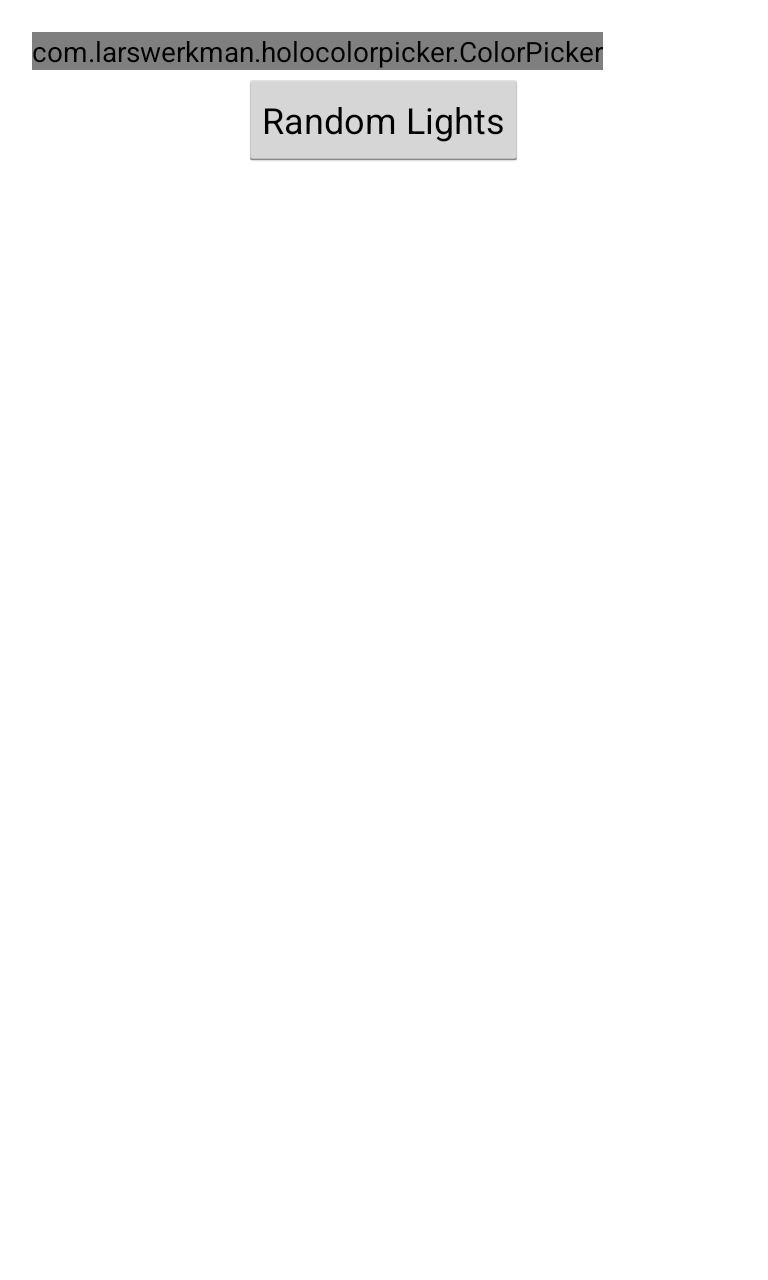
Repository: nsadras/huevision
Layout: android/HueVision/res/layout/activity_main.xml
The author's editor kept a copy of each file at every save. The layout is drawn from the files as they stood at one save, then again after the next save.
Pictures or frames that could not be fetched are drawn as grey boxes. It is drawn on a 768 x 1280 px phone screen (xhdpi) without system bars, with theme AppTheme; the app's code is not run.

Above is the layout before, as saved 2014-02-15 12:21:19.

### android/HueVision/res/layout/activity_main.xml
<RelativeLayout xmlns:android="http://schemas.android.com/apk/res/android"
    xmlns:tools="http://schemas.android.com/tools"
    android:layout_width="match_parent"
    android:layout_height="match_parent"
    android:paddingBottom="@dimen/activity_vertical_margin"
    android:paddingLeft="@dimen/activity_horizontal_margin"
    android:paddingRight="@dimen/activity_horizontal_margin"
    android:paddingTop="@dimen/activity_vertical_margin"
    tools:context=".PHMyApplicationActivity" >


    <com.larswerkman.holocolorpicker.ColorPicker
    	android:id="@+id/picker"
    	android:layout_width="wrap_content"
    	android:layout_height="wrap_content"/>

    <Button
        android:id="@+id/buttonRand"
        android:layout_width="wrap_content"
        android:layout_height="wrap_content"
        android:layout_below="@+id/textView1"
        android:layout_centerHorizontal="true"
        android:layout_marginTop="20dp"
        android:text="@string/btn_random" android:paddingLeft="10dp" android:paddingRight="10dp"/>

</RelativeLayout>

### android/HueVision/res/values/strings.xml
<?xml version="1.0" encoding="utf-8"?>
<resources>

    <string name="app_name">Hue QuickStart</string>
    <string name="action_settings">Settings</string>
    <string name="no_bridge">No Bridge Found.   Start Bridge Search</string>
    <string name="btn_refresh">Refresh</string>
    <string name="btn_find_bridge">Find new bridge</string>
    <string name="btn_random">Random Lights</string>
    <string name="search_progress">Searching ...</string>
    <string name="connecting">Connecting ...</string>
    <string name="btn_ok">Ok</string>
    <string name="btn_cancel">Cancel</string>
    <string name="txt_could_not_connect">No connection</string>
    <string name="txt_click_random_button">Click the Random Lights Button to set your lamps to random colours.</string>
    <string name="could_not_find_bridge">Hue cannot find your bridge. Please check that it is connected to the same Wi-Fi router as your app and press</string>
    <string name="btn_more">More</string>
    <string name="btn_reconnect">Reconnect</string>
    <string name="enter_light_name">Enter light name</string>
    <string name="txt_sdk_version">SDK Version</string>
    <string name="menu_find_bridge">Find new Bridge</string>
    <string name="menu_refresh">Refresh</string>
    <string name="btn_retry">Retry</string>
    <string name="searching_for_bridges">Searching for Bridges</string>
    <string name="txt_selectbridges">Available Access Points</string>
    <string name="txt_pushlink">Pushlink</string>
    <string name="press_pushlink_button">Press the link button on the bridge</string>
    <string name="txt_select_smartbridge">Please select a bridge to use for this app</string>
    <string name="title_error">Error</string>
    <string name="txt_last_heartbeat">Last Heartbeat : </string>
</resources>

Loaded but not shown: android/HueVision/res/values/styles.xml (common file); android/HueVision/res/values-v11/styles.xml (common file); android/HueVision/res/values-v14/styles.xml (common file); android/HueVision/res/values/dimens.xml (common file)

After the next save:
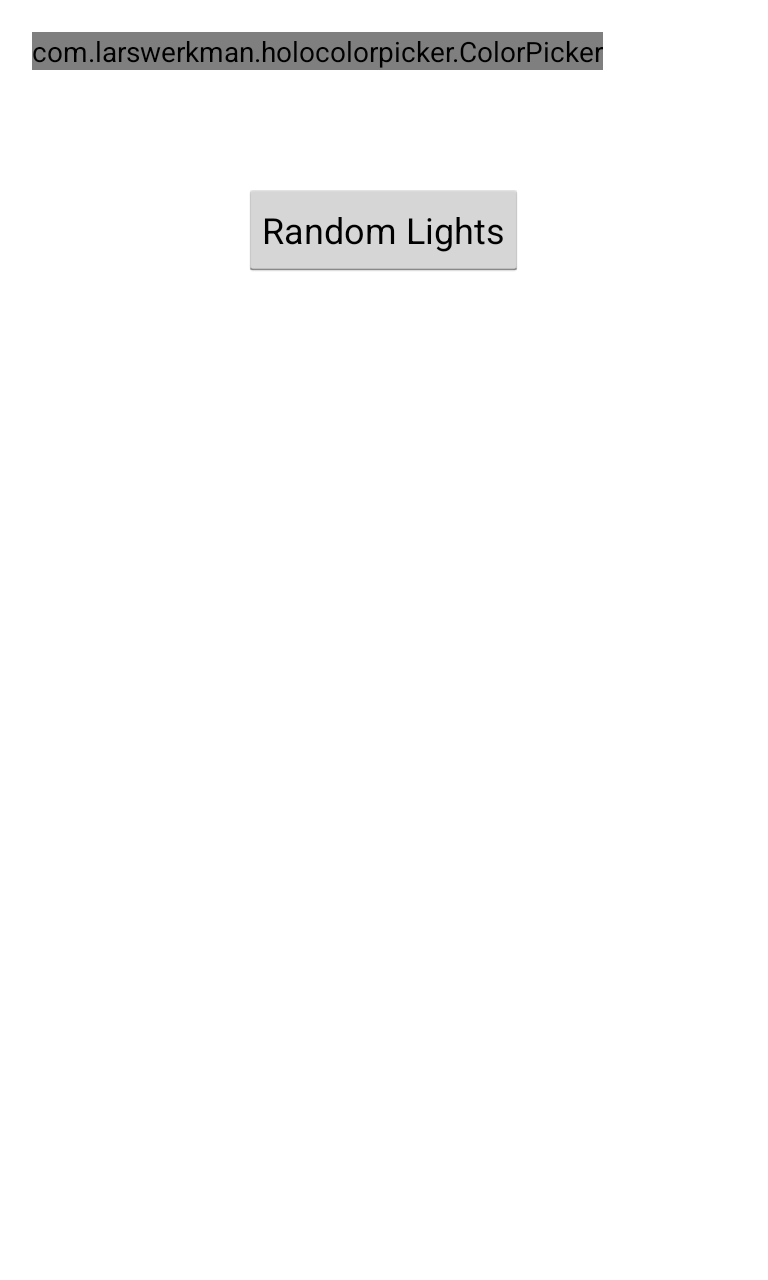
Saved 13 s later.
--- a/android/HueVision/res/layout/activity_main.xml
+++ b/android/HueVision/res/layout/activity_main.xml
@@ -18,9 +18,11 @@
         android:id="@+id/buttonRand"
         android:layout_width="wrap_content"
         android:layout_height="wrap_content"
-        android:layout_below="@+id/textView1"
+        android:layout_below="@+id/picker"
         android:layout_centerHorizontal="true"
-        android:layout_marginTop="20dp"
-        android:text="@string/btn_random" android:paddingLeft="10dp" android:paddingRight="10dp"/>
+        android:layout_marginTop="56dp"
+        android:paddingLeft="10dp"
+        android:paddingRight="10dp"
+        android:text="@string/btn_random" />
 
 </RelativeLayout>
